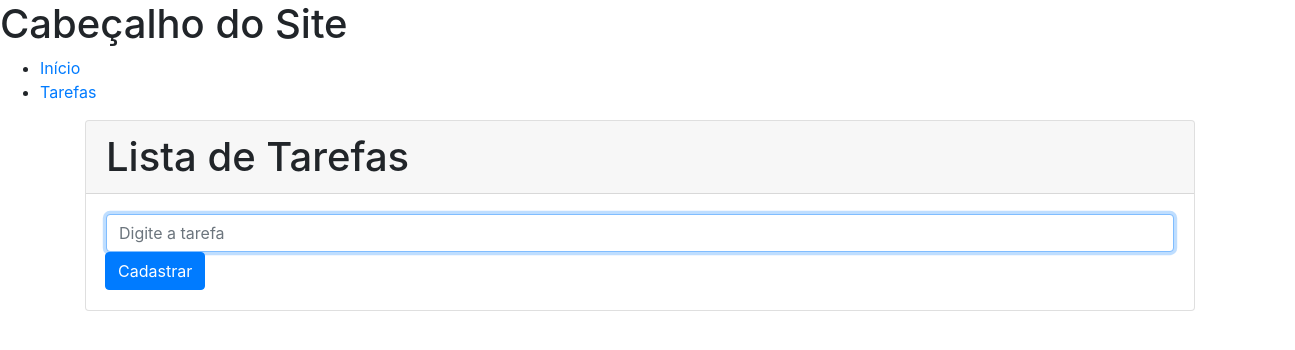
Repository: rrresck/pos_graduacao
Page: html/pagina2.html
These files come from the project's save history. The page is drawn as it stood at one moment and after the next save; the edit follows.
The browser window is 1280 px wide. The page is 1295 px wide, so the pictures cover 1295 px, including what lies to the right of the window. The pictures show the whole page.

Above is the page before, as saved 2023-05-04 13:37:59.

After the next save:
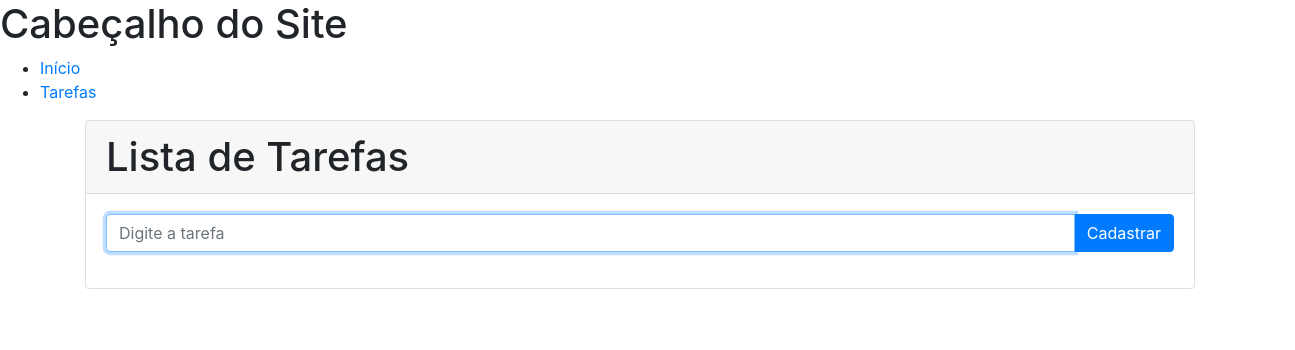
Saved 4 s later.
--- a/html/pagina2.html
+++ b/html/pagina2.html
@@ -25,7 +25,7 @@
             <div class="card">
                 <h1 class="card-header">Lista de Tarefas</h1>
                 <div class="card-body">
-                    <div class="input-group-mb-3">
+                    <div class="input-group mb-3">
                         <input type="text" class="form-control" placeholder="Digite a tarefa" name="tarefa" autofocus>
                         <div class="input-group-append">
                             <button class="btn btn-primary" type="button" id="botao">Cadastrar</button>
